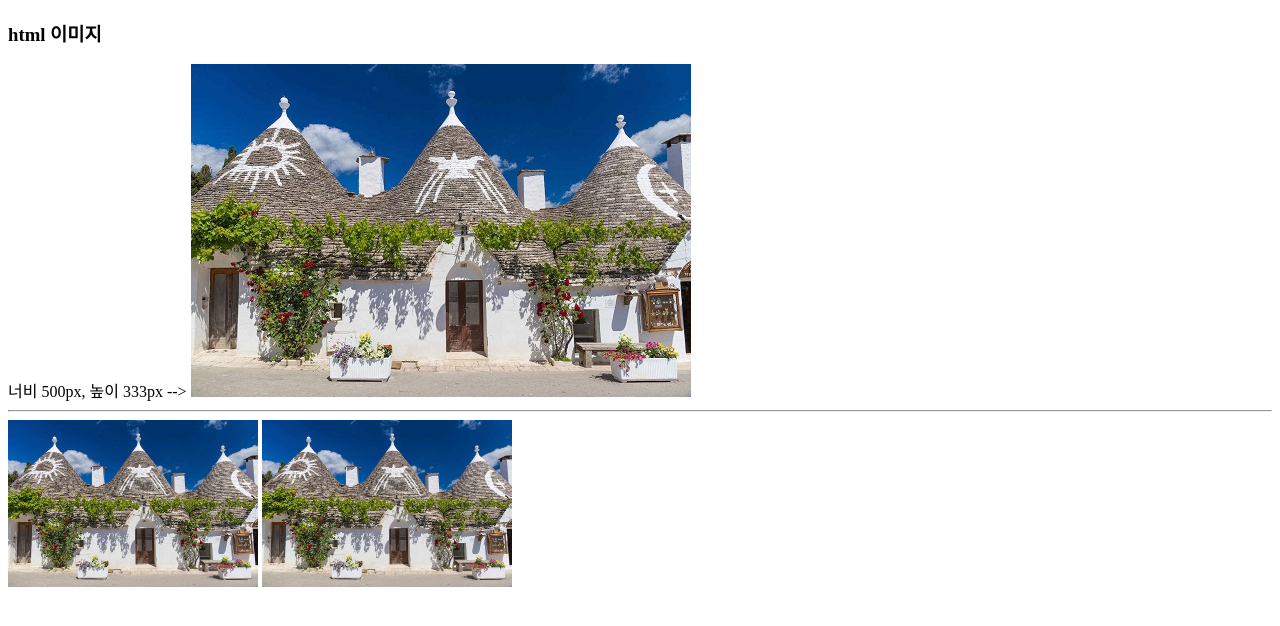
Repository: donggri1/WORKSPACE
Page: WebClass/webPro/src/main/webapp/html/days02/ex11.html
The author's editor kept a copy of each file at every save. The page is drawn from the files as they stood at one save, then again after the next save.
The browser window is 1280 px wide. The pictures show the whole page.

Above is the page before, as saved 2024-03-25 08:12:42.

### WebClass/webPro/src/main/webapp/html/days02/ex11.html
<!DOCTYPE html>
<html>
<head>
<meta charset="UTF-8">
<title>Insert title here</title>
<link rel="shortcut icon" type="image/x-icon" href="http://localhost/webPro/images/SiSt.ico">
</head>
<body>
<h3>html 이미지</h3>

<!--
	img - 웹페이지의 디자인과 모양을 향상 시킬 수 있다.
	html 폴더
		ㄴ images 폴더 추가.

alt= "이미지 대체할 텍스트지정
-->
너비 500px, 높이 333px -->
<img alt="이탈리안 튤립" src="../images/pic_trulli.jpg">

<hr>
<!-- 너비 250px,높이 166.5px -->
<img alt="이탈리안 튤립" src="../images/pic_trulli.jpg"width="250">
<!-- CSS style속성 너비 설정 css는 반드시 단위를 붙여야 한다. -->
<img alt="이탈리안 튤립" src="../images/pic_trulli.jpg"width="250px">
</body>
</html>

After the next save:
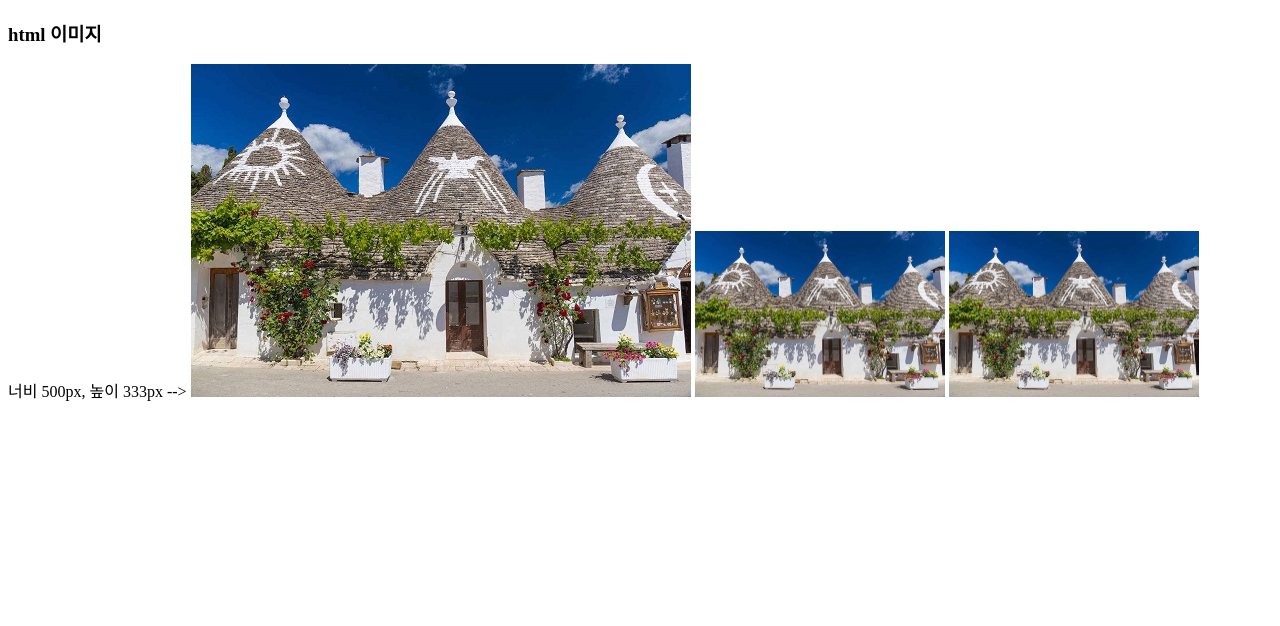
Saved 86 s later.
--- a/WebClass/webPro/src/main/webapp/html/days02/ex11.html
+++ b/WebClass/webPro/src/main/webapp/html/days02/ex11.html
@@ -10,6 +10,7 @@
 
 <!--
 	img - 웹페이지의 디자인과 모양을 향상 시킬 수 있다.
+		- 인라인 모드이다.
 	html 폴더
 		ㄴ images 폴더 추가.
 
@@ -18,7 +19,7 @@ alt= "이미지 대체할 텍스트지정
 너비 500px, 높이 333px -->
 <img alt="이탈리안 튤립" src="../images/pic_trulli.jpg">
 
-<hr>
+
 <!-- 너비 250px,높이 166.5px -->
 <img alt="이탈리안 튤립" src="../images/pic_trulli.jpg"width="250">
 <!-- CSS style속성 너비 설정 css는 반드시 단위를 붙여야 한다. -->
